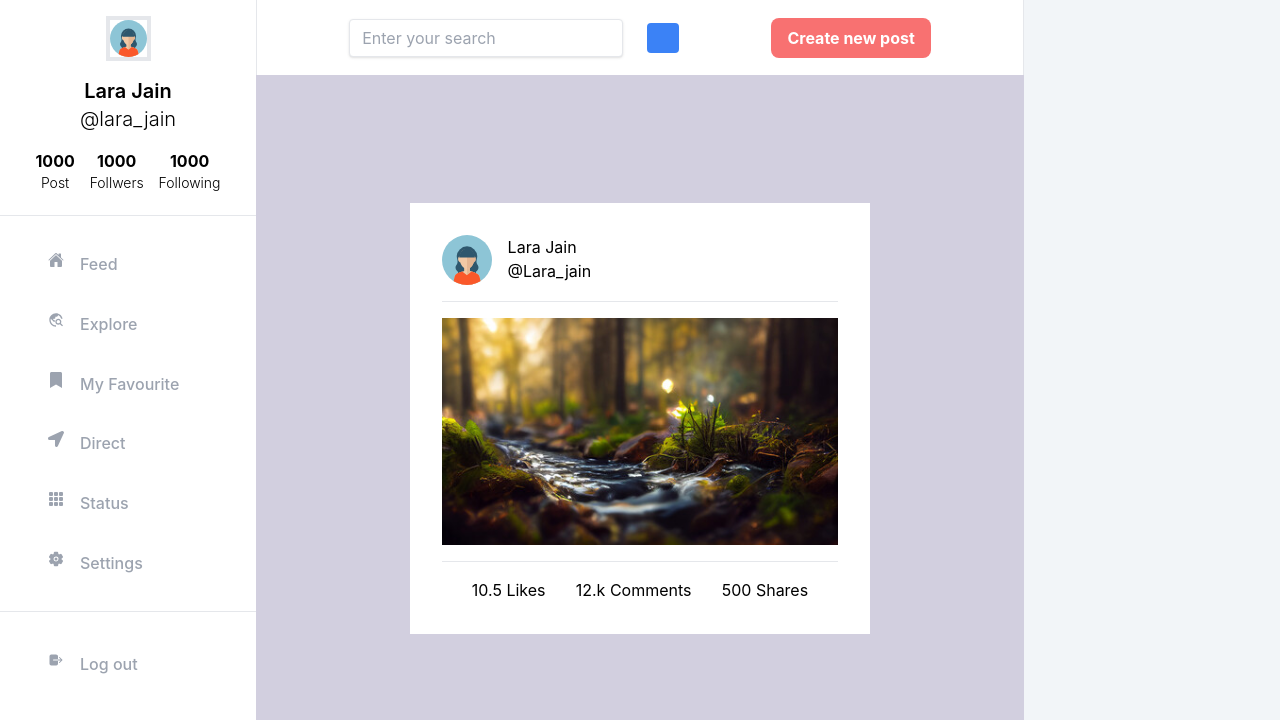
Repository: cosmicswati/upgrad-captions-project
Page: /account/signup
The author's editor kept a copy of each file at every save. The page is drawn from the files as they stood at one save, then again after the next save.
The browser window is 1280 px wide. The pictures show the whole page.
An inner scrolling area shows only its first screen. The project was rebuilt for these pictures with package versions that can differ from the ones it lists, and the page was loaded fresh each time. Also part of the build but not shown: src/modules/Home/data.js, src/modules/Authorization/Form.jsx, src/modules/Authorization/index.js.

Above is the page before, as saved 2024-04-12 11:10:05.

### src/index.css
@tailwind base;
@tailwind components;
@tailwind utilities;

body {
  margin: 0;
  font-family: -apple-system, BlinkMacSystemFont, 'Segoe UI', 'Roboto', 'Oxygen',
    'Ubuntu', 'Cantarell', 'Fira Sans', 'Droid Sans', 'Helvetica Neue',
    sans-serif;
  -webkit-font-smoothing: antialiased;
  -moz-osx-font-smoothing: grayscale;
}

code {
  font-family: source-code-pro, Menlo, Monaco, Consolas, 'Courier New',
    monospace;
}

.scrollbar-hide::-webkit-scrollbar{
  display: none;
}

### src/App.js
import React from 'react';
import Routes from './routes'
function App() {
  return (
    <div>
      {/* <Auth />  */}
      <Routes/>
    </div>
  );
}

export default App;

### src/routes/index.js
import React from 'react';
import Home from '../modules/Home';
import Form from '../modules/Authorization'
import { Navigate, Route, Routes as Router } from 'react-router-dom';


const PrivateRoute =({children}) => {
    const isUserLoggedIn = window.localStorage.getItem('user:token') || true
    const isFormPages = window.location.pathname.includes('account')

    if(isUserLoggedIn && !isFormPages){
        return children
    }else if (!isUserLoggedIn && isFormPages){
        return children
    }else{
        const redirectUrl = isUserLoggedIn ? '/' : '/account/signin'
       return <Navigate to={redirectUrl} replace/>
    }

}

const Routes = () => {
    const routes = [
         {
            id : 1,
           name : 'home',
           path : '/',
           Components : <Home/>
         },
         {
            id : 2,
           name : 'sign in',
           path : '/account/signin',
           Components : <Form/>
         },
         {
            id : 3,
           name : 'sign up',
           path : '/account/signup',
           Components : <Form/>
         },
    ]
  return (
    <Router>
        {
            routes.map(({id, name, path, Components}) => {
                return <Route key={id} path={path} element={<PrivateRoute>{Components}</PrivateRoute>} />
            })
        }
    </Router>
  );
};

export default Routes;

### src/modules/Home/index.js
import React from 'react'
import { ReactComponent as Avatar} from '../../assets/Avatar.svg'
import Input from '../../components/Input'
import Button from '../../components/Button'
import postImg from '../../assets/postImg.jpg'
import { IoHome } from "react-icons/io5";
import { MdOutlineTravelExplore } from "react-icons/md";
import { FaBookmark } from "react-icons/fa";
import { FaLocationArrow  } from "react-icons/fa";
import { BsFillGrid3X3GapFill } from "react-icons/bs";
import { IoSettings , IoLogOut} from "react-icons/io5";
import { LuSearch } from "react-icons/lu";
import { stats, navigations } from './data'

const Home = () => {
  return (
    <div className='h-screen bg-[#d2cfdf]  flex overflow-hidden'>
        <div className='w-[20%] bg-white flex flex-col'>
            <div className='h-[30%] flex justify-center items-center border-b'>
                <div className='flex flex-col justify-center items-center'>
                    <Avatar width={'45px'} height={'45px'} className='border-4 rounded-fullp-2'/>
                    <div className='my-4 text-center'>
                         <h3 className='text-xl font-semibold'>Lara Jain</h3>
                         <p className='text-xl font-light'>@lara_jain</p>
                    </div>
                    <div className='h-[50px] flex justify-around w-[200px] text-center'>
                        {
                            stats.map(({id, name, stats}) => {
                                return(
                                <div key={id}>
                                  <h4 className='font-bold'>{stats}</h4>
                                 <p className='font-light text-sm'>{name}</p>
                            </div>
                             )
                          })
                        }
                    </div>
                </div>
            </div>
            <div className='h-[55%] flex flex-col justify-evenly pl-12 border-b text-gray-400 text-md font-medium'>
                <div className='flex cursor-pointer hover:text-[#F00F51]'><span className='mr-4'><IoHome /></span>Feed</div>
                <div className='flex cursor-pointer hover:text-[#F00F51]'><span className='mr-4'><MdOutlineTravelExplore /></span>Explore</div>
                <div className='flex cursor-pointer hover:text-[#F00F51]'><span className='mr-4'><FaBookmark /></span>My Favourite</div>
                <div className='flex cursor-pointer hover:text-[#F00F51]'><span className='mr-4'><FaLocationArrow /></span>Direct</div>
                <div className='flex cursor-pointer hover:text-[#F00F51]'><span className='mr-4'><BsFillGrid3X3GapFill /></span>Status</div>
                <div className='flex cursor-pointer hover:text-[#F00F51]'><span className='mr-4'><IoSettings /></span>Settings</div>
            </div>
            <div className='h-[15%] pt-10 text-gray-400 text-md font-medium'>
                <div className='ml-12 cursor-pointer flex hover:text-[#F00F51]'> <span className='mr-4'><IoLogOut /></span>Log out</div>
            </div>
        </div>
        <div className='w-[60%] overflow-scroll h-full scrollbar-hide'>
            <div className='bg-white h-[75px] border-l border-r flex justify-evenly items-center pt-4'>
                 <div className='flex justify-center items-center'>
                    <Input placeholder='Enter your search' className='w-[400px] rounded-full'/>
                    <Button icon={<LuSearch />}  className='mb-4 ml-6  h-[30px] '/>
                 </div>
                 <Button icon={<IoHome />} label='Create new post'  className='rounded-lg bg-red-400 hover:bg-red-500 mb-4'/>
            </div>
            <div className='bg-white w-[60%]  mx-auto mt-32 p-8'>
                <div className='border-b flex item-center pb-4 mb-4'>
                    <Avatar width={'50px'} height={'50px'} />
                   <div className='ml-4'>
                   <h3>Lara Jain</h3>
                    <p>@Lara_jain</p>
                   </div>
                </div>
                <div className='border-b pb-4 mb-4'>
                    <img src={postImg} width={'500px'}/>
                </div>
                <div className='flex justify-evenly mt-4'>
                    <div>10.5 Likes</div>
                    <div>12.k Comments</div>
                    <div>500 Shares</div>
                </div>
            </div>
            <div className='bg-white w-[60%]  mx-auto mt-32 p-8'>
                <div className='border-b flex item-center pb-4 mb-4'>
                    <Avatar width={'50px'} height={'50px'} />
                   <div className='ml-4'>
                   <h3>Lara Jain</h3>
                    <p>@Lara_jain</p>
                   </div>
                </div>
                <div className='border-b pb-4 mb-4'>
                    <img src={postImg} width={'500px'}/>
                </div>
                <div className='flex justify-evenly mt-4'>
                    <div>10.5 Likes</div>
                    <div>12.k Comments</div>
                    <div>500 Shares</div>
                </div>
            </div>
        </div>

        <div className='w-[20%] bg-[#F2F5F8]'>

            </div>
    </div>
  )
}

export default Home

### src/components/Input/index.js
import React from 'react'

const Input = ({
    name = '',
    label ='',
    type ='',
    placeholder =''
}) => {
  return (
    <div class="mb-4">
        {
          label &&
          <label class="block text-gray-700 text-sm font-bold mb-2" for={name}>
             {label}
          </label>
        }

        <input class="shadow apperance-none border rounded w-full py-2 px-3
         text-gray-700 leading-tight focus:outline-none focus:shadow-outline"
         id={name} type={type} placeholder={placeholder} />

    </div>
  )

}

export default Input

### src/components/Button/index.js
import React from 'react'

const Button = ({
    label ='',
    className =''
}) => {
  return (
    <button className={`bg-blue-500 hover:bg-blue-700 text-white font-bold py-2 px-4 rounded ${className}`}>
      {label}
  </button>
  )
}

export default Button

### tailwind.config.js
/** @type {import('tailwindcss').Config} */
module.exports = {
 mode:'jit',
 purge: [
  './public/**/*.html',
  './src/**/*.{js,jsx,ts,tsx,vue}',
 ],
  content: [
    "./src/**/*.{js,jsx,ts,tsx}",
  ],
  theme: {
    extend: {},
  },
  plugins: [],
}

Loaded but not shown: public/index.html (common file); src/index.js (common file); src/reportWebVitals.js (common file)

After the next save:
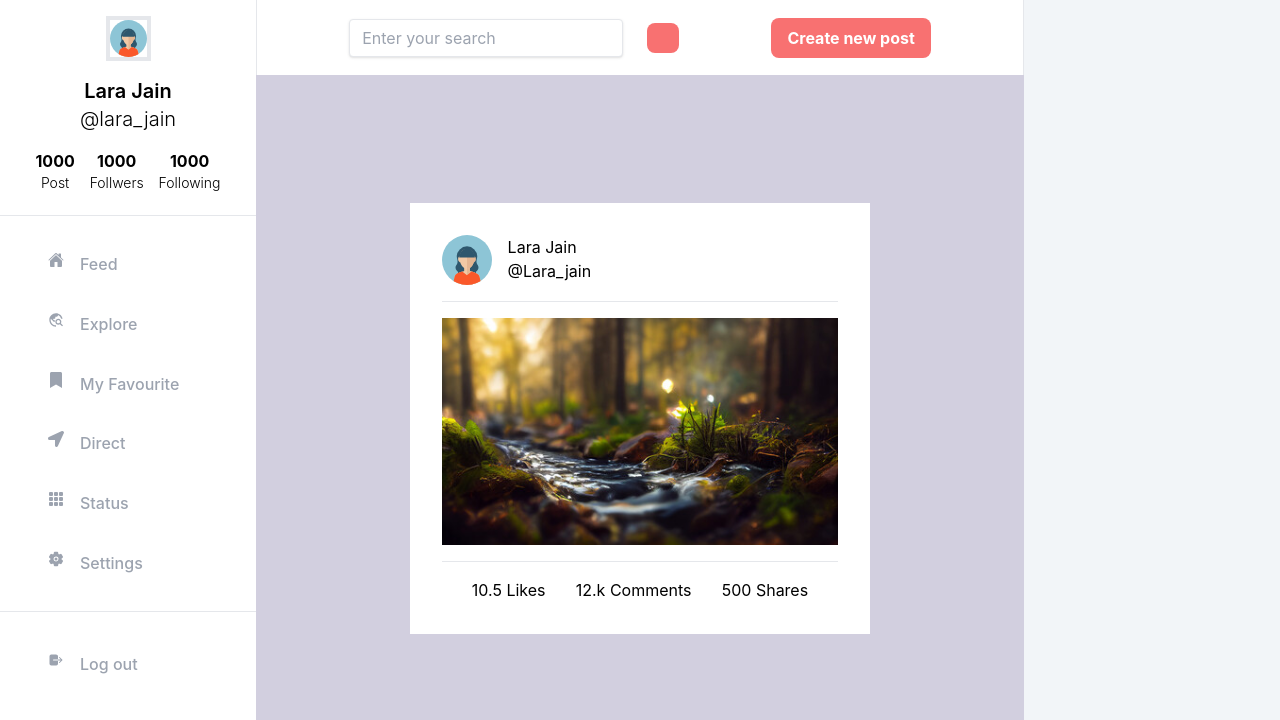
Saved 23 s later.
--- a/src/modules/Home/index.js
+++ b/src/modules/Home/index.js
@@ -53,7 +53,7 @@ const Home = () => {
             <div className='bg-white h-[75px] border-l border-r flex justify-evenly items-center pt-4'>
                  <div className='flex justify-center items-center'>
                     <Input placeholder='Enter your search' className='w-[400px] rounded-full'/>
-                    <Button icon={<LuSearch />}  className='mb-4 ml-6  h-[30px] '/>
+                    <Button icon={<LuSearch />}  className='mb-4 ml-6  h-[30px] rounded-lg bg-red-400 hover:bg-red-500 '/>
                  </div>
                  <Button icon={<IoHome />} label='Create new post'  className='rounded-lg bg-red-400 hover:bg-red-500 mb-4'/>
             </div>
